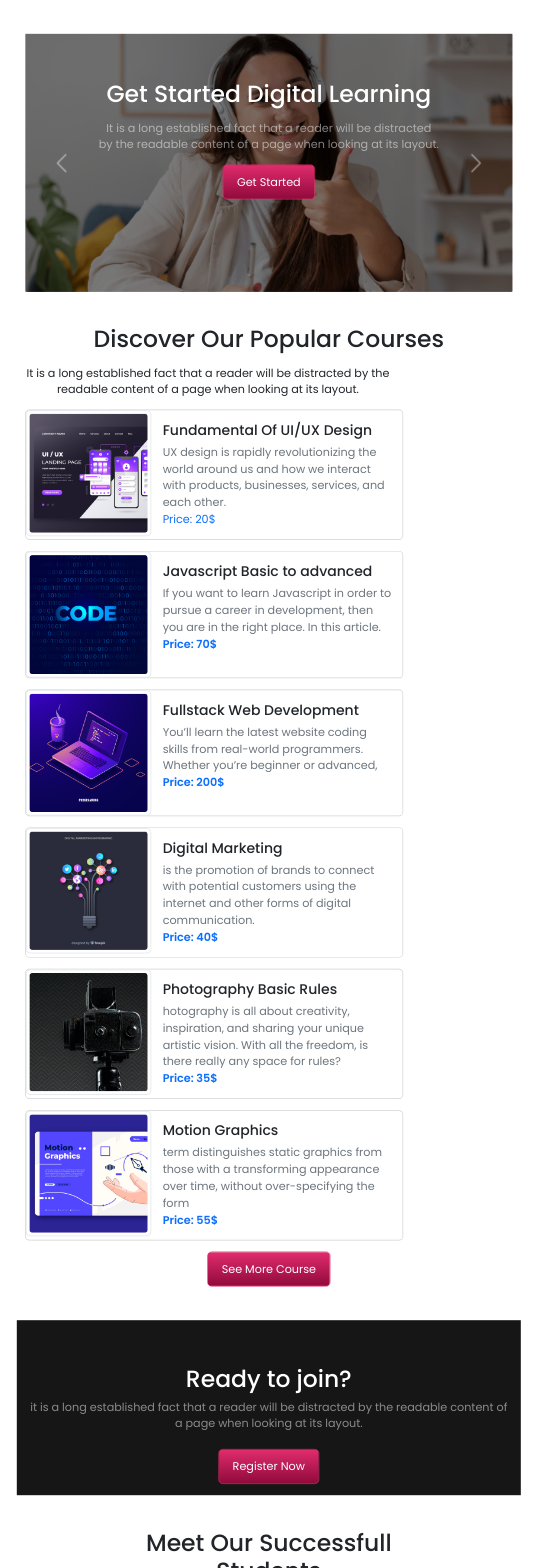
Repository: mdrubel02/Guru-Developer
Page: index.html
An editor plug-in stored every save of this project. The page is shown before and after the next save, followed by the edit.
The browser window is 768 px wide. The page is 780 px wide, so the pictures cover 780 px, including what lies to the right of the window. The pictures show the part of the page from y = 0 to 2240 px (the page is 3938 px tall), at 70% of full size.
Some web libraries are served in a nearby version.

Above is the page before, as saved 2022-07-28 14:04:48.

After the next save:
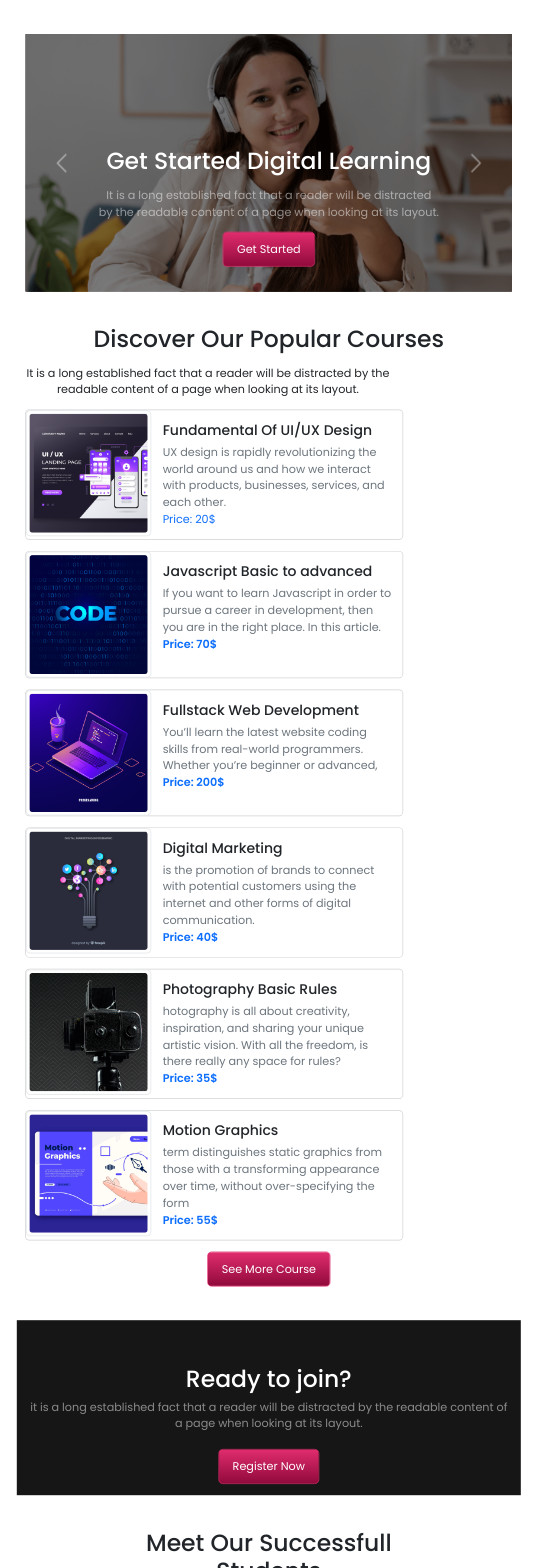
Saved 44 s later.
--- a/style.css
+++ b/style.css
@@ -128,6 +128,6 @@
         flex-direction: column;
     }
     .slider_caption{
-        padding-bottom: 7rem;
+        padding-bottom: 1rem;
      }
 }
